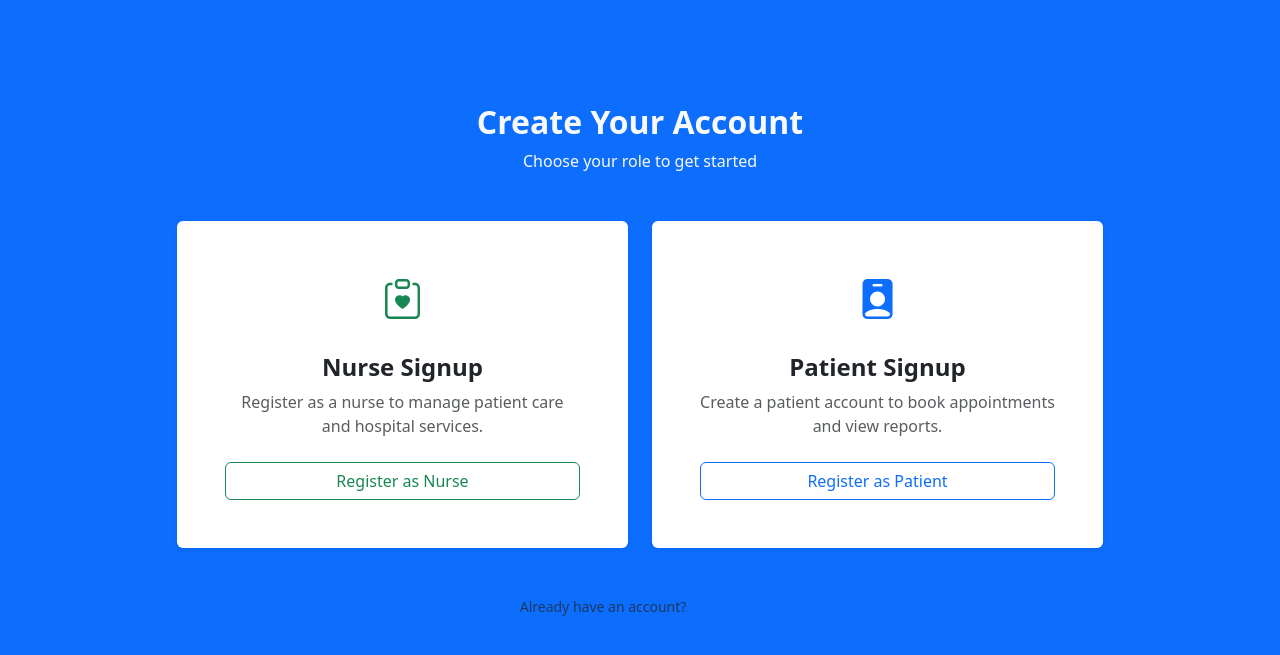
Repository: Rajasekaran0415/LifeCare-Management-System
Page: Project/signup.html
These files come from the project's save history. The page is drawn as it stood at one moment and after the next save; the edit follows.
The browser window is 1280 px wide. The pictures show the whole page.

Above is the page before, as saved 2025-12-26 21:41:23.

### Project/signup.html
<!DOCTYPE html>
<html lang="en">
<head>
  <meta charset="UTF-8">
  <title>Signup Selection</title>

  <!-- Bootstrap CSS -->
  <link href="https://cdn.jsdelivr.net/npm/bootstrap@5.3.3/dist/css/bootstrap.min.css" rel="stylesheet">

  <!-- Bootstrap Icons -->
  <link href="https://cdn.jsdelivr.net/npm/bootstrap-icons/font/bootstrap-icons.css" rel="stylesheet">
</head>

<body class="bg-primary d-flex align-items-center" style="min-height:100vh;">

  <div class="container">

    <!-- Header -->
    <div class="text-center mb-5">
      <h2 class="fw-bold text-light">Create Your Account</h2>
      <p class="text-light">Choose your role to get started</p>
    </div>

    <!-- Signup Cards -->
    <div class="row justify-content-center g-4">

      <!-- Nurse Signup -->
      <div class="col-md-5">
        <div class="card border-0 shadow-sm h-100">
          <div class="card-body text-center p-5">

            <div class="mb-4 text-success">
              <i class="bi bi-clipboard-heart fs-1"></i>
            </div>

            <h4 class="fw-bold">Nurse Signup</h4>
            <p class="text-muted mb-4">
              Register as a nurse to manage patient care and hospital services.
            </p>

            <a href="nursesignup.html" class="btn btn-outline-success w-100">
              Register as Nurse
            </a>

          </div>
        </div>
      </div>

      <!-- Patient Signup -->
      <div class="col-md-5">
        <div class="card border-0 shadow-sm h-100">
          <div class="card-body text-center p-5">

            <div class="mb-4 text-primary">
              <i class="bi bi-person-badge-fill fs-1"></i>
            </div>

            <h4 class="fw-bold">Patient Signup</h4>
            <p class="text-muted mb-4">
              Create a patient account to book appointments and view reports.
            </p>

            <a href="patientsignup.html" class="btn btn-outline-primary w-100">
              Register as Patient
            </a>

          </div>
        </div>
      </div>

    </div>

    <div class="text-center mt-5 text-muted small">
      Already have an account?
      <a href="login.html" class="text-decoration-light">Login here</a>
    </div>

  </div>

</body>
</html>

After the next save:
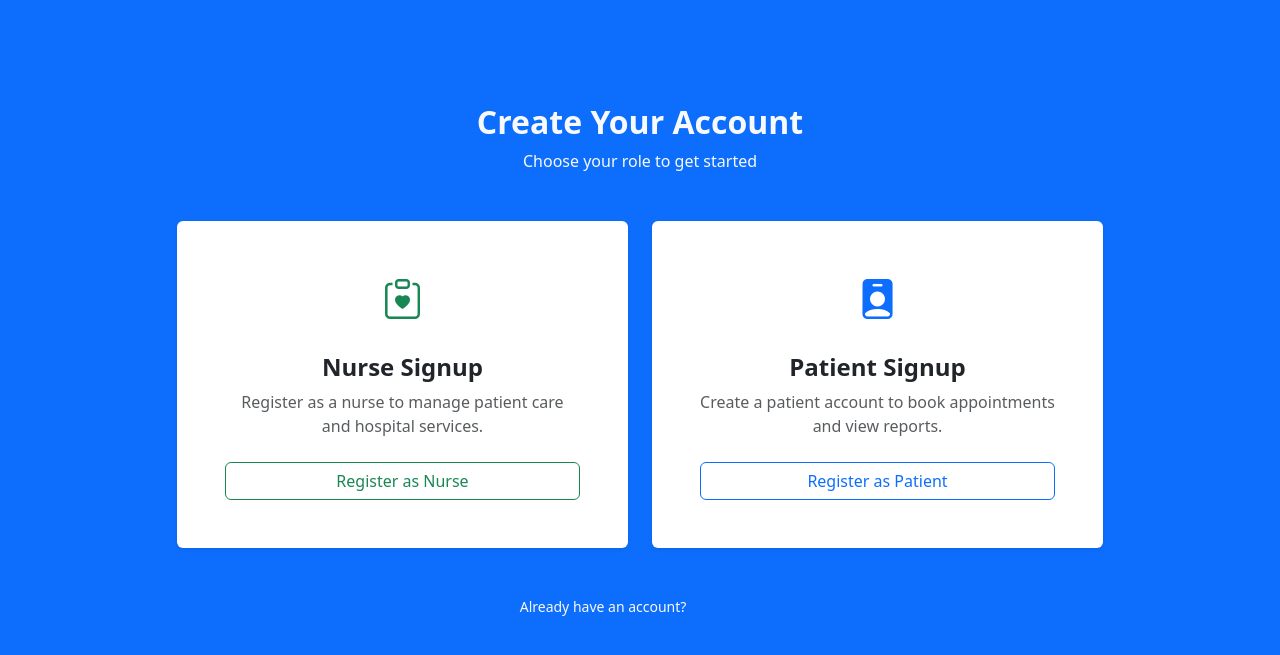
Saved 37 s later.
--- a/Project/signup.html
+++ b/Project/signup.html
@@ -70,7 +70,7 @@
 
     </div>
 
-    <div class="text-center mt-5 text-muted small">
+    <div class="text-center mt-5 text-light small">
       Already have an account?
       <a href="login.html" class="text-decoration-light">Login here</a>
     </div>
